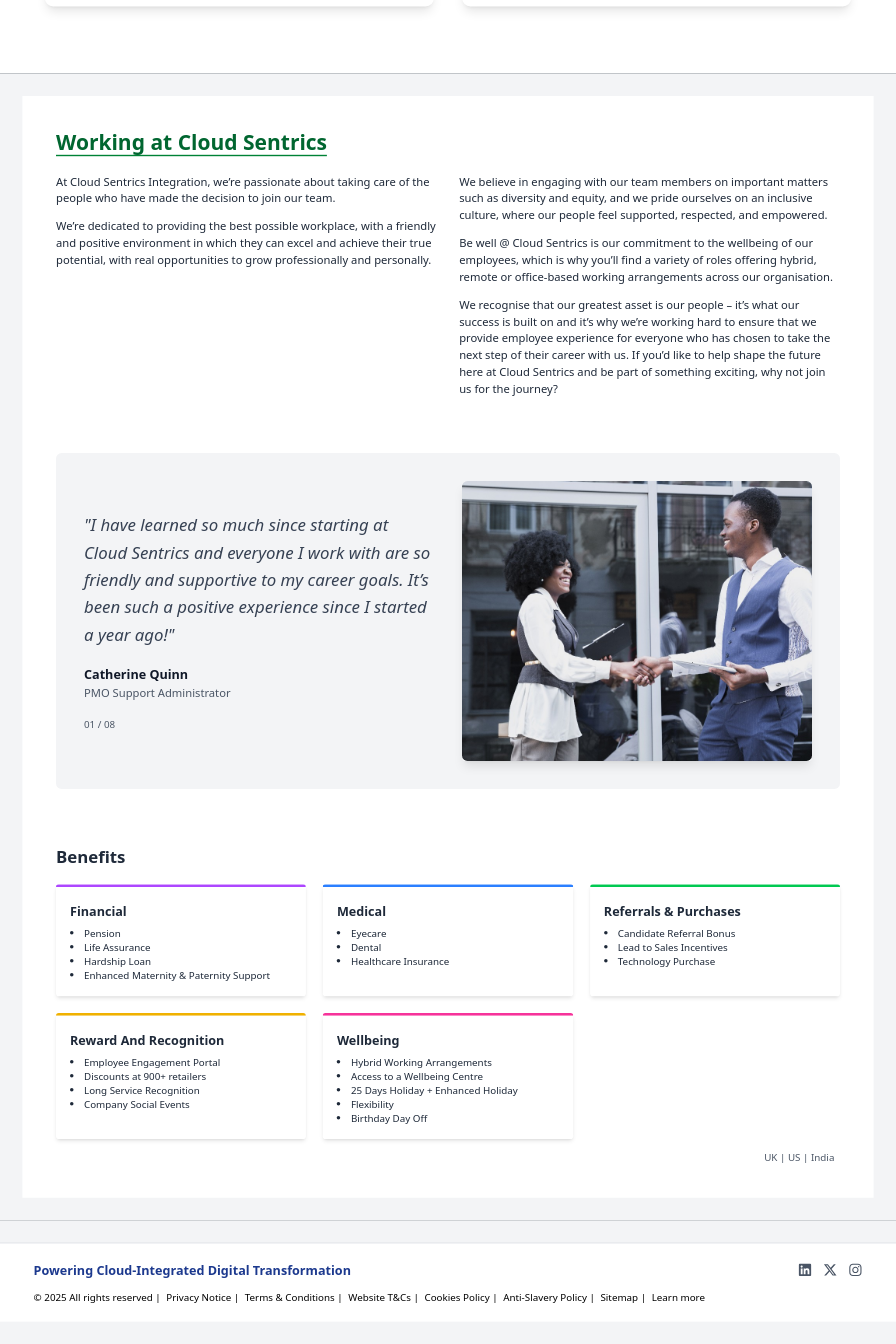
Repository: chykesure/cloudsentrics_
Page: /careers
These files come from the project's save history. The page is drawn as it stood at one moment and after the next save; the edit follows.
The browser window is 1280 px wide. The pictures show the part of the page from y = 903 to 2823 px (the page is 2823 px tall before and 2803 px after), at 70% of full size.
The project was rebuilt for these pictures with package versions that can differ from the ones it lists, and the page was loaded fresh each time. Also part of the build but not shown: vite.config.js, src/pages/Header.jsx, src/pages/Footer.jsx, src/pages/students/Reviews.jsx, src/pages/students/Testimony.jsx, src/pages/students/TestimonyLanding.jsx, src/pages/LandingPage.jsx, src/pages/students/Header.jsx and 38 more.

Above is the page before, as saved 2025-04-09 10:52:38.

### src/index.css
@import "tailwindcss";

@keyframes zoomInOut {
    0% {
        transform: scale(1);
    }
    100% {
        transform: scale(1.1);
    }
}

.zoom-animation {
    animation: zoomInOut 5s infinite alternate ease-in-out;

}

### src/App.jsx
import { BrowserRouter as Router, Routes, Route } from "react-router-dom";
import LandingPage from "./pages/LandingPage";
import StudentPage from "./pages/students/StudentPage";
import AboutUs from "./pages/students/AboutUs/AboutUs";
import "./App.css";
import AWS from "./pages/students/courses/AWS";
import DevSecOps from "./pages/students/courses/DevSecOps";
import AZURE from "./pages/students/courses/AZURE";
import Blogs from "./pages/students/blogs/Blogs";
import EventsPage from "./pages/students/events/EventsPage";
import FloatsButtons from "./pages/FloatsButtons";
import PartnerPage from "./pages/partners/home/PartnerPage";
import Ai from "./pages/partners/menu/ai";
import CloudSecurity from "./pages/partners/menu/cloudsecurity";
import IOT from "./pages/partners/menu/iot";
import Technology from "./pages/partners/menu/technology";
import Workplace from "./pages/partners/menu/workplace";
import InsightMenu from "./pages/partners/main_menu/insight";
import NewsPage from "./pages/partners/main_menu/news";
import CaseStudy from "./pages/partners/main_menu/casestudy";
import AboutCloud from "./pages/partners/main_menu/aboutus";
import Careers from "./pages/partners/main_menu/careers";

function App() {
  return (
    <Router>
      <div className="flex flex-col min-h-screen">
        {/* Floating Buttons will always be visible */}
        <FloatsButtons />

        <div className="flex-grow pt-20"> {/* Adjust padding-top based on header height */}
          <Routes>

            {/* Student Section */}
            <Route path="/" element={<LandingPage />} />
            <Route path="/StudentPage" element={<StudentPage />} />
            <Route path="/about" element={<AboutUs />} />
            <Route path="/courses/AWS" element={<AWS />} />
            <Route path="/courses/Azure" element={<AZURE />} />
            <Route path="/courses/DevSecOps" element={<DevSecOps />} />
            <Route path="/blog" element={<Blogs />} />
            <Route path="/events" element={<EventsPage />} />

            {/* The Partner Section */}
            <Route path="/PartnerPage" element={<PartnerPage />} />
            <Route path="/ai" element={<Ai />} />
            <Route path="/cloud-security" element={<CloudSecurity />} />
            <Route path="/iot" element={<IOT />} />
            <Route path="/technology" element={<Technology />} />
            <Route path="/modern-workplace" element={<Workplace />} />
            <Route path="/insights" element={<InsightMenu />} />
            <Route path="/news" element={<NewsPage />} />
            <Route path="/case-studies" element={<CaseStudy />} />
            <Route path="/about-cloudsentrics" element={<AboutCloud />} />
            <Route path="/careers" element={<Careers />} />
          </Routes>
        </div>
      </div>
    </Router>
  );
}

export default App;

### src/pages/FloatsButtons.jsx
import { FaWhatsapp, FaArrowUp } from "react-icons/fa";
import { motion } from "framer-motion";

const FloatsButtons = () => {
    const scrollToTop = () => {
        window.scrollTo({ top: 0, behavior: "smooth" });
    };

    return (
        <>
            {/* Floating WhatsApp Button (Left) */}
            <motion.a
                href="https://wa.me/message/62QVNSESZ56FC1"
                target="_blank"
                rel="noopener noreferrer"
                className="fixed bottom-6 left-6 bg-green-500 text-white p-4 rounded-full shadow-lg flex items-center justify-center z-50"
                title="Chat with us on WhatsApp"
                animate={{ y: [0, -10, 0] }}
                transition={{ duration: 1.5, repeat: Infinity, repeatType: "reverse", ease: "easeInOut" }}
                whileHover={{ scale: 1.2 }}
            >
                <FaWhatsapp size={28} />
            </motion.a>

            {/* Floating Back to Top Button (Right) */}
            <motion.button
                onClick={scrollToTop}
                className="fixed bottom-6 right-6 bg-[#1e4272] text-white p-4 rounded-full shadow-lg flex items-center justify-center z-50"
                title="Back to Top"
                animate={{ y: [0, -10, 0] }}
                transition={{ duration: 1.5, repeat: Infinity, repeatType: "reverse", ease: "easeInOut" }}
                whileHover={{ scale: 1.2 }}
            >
                <FaArrowUp size={28} />
            </motion.button>
        </>
    );
};

export default FloatsButtons;

### src/pages/partners/Header.jsx
import { useState, useEffect } from "react";
import { FaSearch, FaPhone, FaBars, FaTimes } from "react-icons/fa";
import { Link } from "react-router-dom";
import { motion } from "framer-motion";

const Header = () => {
  const [menuOpen, setMenuOpen] = useState(false);
  const [expiry, setExpiry] = useState({ days: 203, hours: 2, minutes: 43, seconds: 8 });

  useEffect(() => {
    const timer = setInterval(() => {
      setExpiry((prev) => {
        let { days, hours, minutes, seconds } = prev;
        if (seconds > 0) {
          seconds -= 1;
        } else {
          seconds = 59;
          if (minutes > 0) {
            minutes -= 1;
          } else {
            minutes = 59;
            if (hours > 0) {
              hours -= 1;
            } else {
              hours = 23;
              if (days > 0) days -= 1;
            }
          }
        }
        return { days, hours, minutes, seconds };
      });
    }, 1000);

    return () => clearInterval(timer);
  }, []);

  return (
    <header className="bg-[#1e4272] text-white flex items-center justify-between px-6 py-4 fixed top-0 left-0 w-full z-50 shadow-md">
      {/* Windows 10 Expiry Countdown */}
      <div className="flex items-center gap-3 text-sm">
        {/* Countdown content here if needed */}
      </div>

      {/* Updated Desktop Navigation with Framer Motion and React Router */}
      <motion.div
        className="hidden lg:flex flex-grow justify-center items-center space-x-6 lg:space-x-10 text-lg lg:text-xl font-semibold tracking-wide h-full"
        initial={{ opacity: 0, y: -10 }}
        animate={{ opacity: 1, y: 0 }}
        transition={{ duration: 0.6, ease: "easeOut" }}
      >
        {[
          { label: "INSIGHTS", path: "/insights" },
          { label: "NEWS", path: "/news" },
          { label: "CASE STUDIES", path: "/case-studies" },
          { label: "ABOUT CLOUD-SENTRICS", path: "/about-cloudsentrics" },
          { label: "CAREERS", path: "/careers" },
          { label: "CONTACT", path: "/contact" },
        ].map((item, index) => (
          <Link key={index} to={item.path}>
            <motion.span
              className="relative cursor-pointer transition-all duration-300 group hover:text-blue-400 whitespace-nowrap"
              whileHover={{ scale: 1.1 }}
            >
              {item.label}
              <span className="absolute left-0 bottom-0 w-0 h-[3px] bg-white transition-all duration-300 group-hover:w-full"></span>
            </motion.span>
          </Link>
        ))}
      </motion.div>

      {/* Contact and Search */}
      <div className="hidden lg:flex items-center gap-4">
        <a
          href="tel:+442392825925"
          className="flex items-center gap-1 text-sm font-semibold transition-all duration-300 hover:text-gray-300"
        >
          <FaPhone /> +1 346-399-8985
        </a>
        <button className="text-white transition-all duration-300 hover:text-gray-300">
          <FaSearch />
        </button>
      </div>

      {/* Mobile Menu Button */}
      <button
        className="lg:hidden text-xl transition-transform transform hover:scale-110"
        onClick={() => setMenuOpen(!menuOpen)}
      >
        {menuOpen ? <FaTimes /> : <FaBars />}
      </button>

      {/* Mobile Navigation with Slide-in Effect */}
      <div
        className={`fixed top-14 left-0 w-full bg-[#1e4272] shadow-md p-4 flex flex-col items-center gap-4 text-sm transform transition-transform duration-500 ${
          menuOpen ? "translate-x-0" : "-translate-x-full"
        }`}
      >
        {["Powering Cloud-Integrated Digital Transformation"].map((item, index) => (
          <a key={index} href="#" className="text-3xl font-semibold transition-all duration-300 hover:scale-110">
            {item}
          </a>
        ))}
        <a href="tel:+442392825925" className="flex items-center gap-1 text-sm font-semibold">
          <FaPhone /> +1 346-399-8985
        </a>
        <button className="text-white transition-all duration-300 hover:text-gray-300">
          <FaSearch />
        </button>
      </div>
    </header>
  );
};

export default Header;

### src/pages/partners/home/Footer.jsx
import React from 'react';
import { FaLinkedin, FaXTwitter, FaInstagram } from 'react-icons/fa6';
import { Link } from 'react-router-dom';

function Footer() {
    return (
        <footer className="bg-white text-black py-6 border-t border-gray-300 text-sm w-full">
            <div className="w-full px-6 lg:px-12">
                {/* Main Footer Section */}
                <div className="flex flex-col md:flex-row justify-between items-center text-center md:text-left">
                    <h3 className="font-bold text-lg text-blue-900">Powering Cloud-Integrated Digital Transformation</h3>

                    {/* Social Icons */}
                    <div className="flex space-x-4 mt-4 md:mt-0">
                        <a href="https://www.linkedin.com/posts/cloud-sentrics_cloud-sentrics-linkedin-activity-7291379079860117505-ve54?utm_source=share&utm_medium=member_android" target="_blank" rel="noopener noreferrer" className="text-gray-600 hover:text-black">
                            <FaLinkedin size={20} />
                        </a>
                        <a href="https://x.com/CloudSentrics" target="_blank" rel="noopener noreferrer" className="text-gray-600 hover:text-black">
                            <FaXTwitter size={20} />
                        </a>
                        <a href="https://www.instagram.com/cloudsentrics/" target="_blank" rel="noopener noreferrer" className="text-gray-600 hover:text-black">
                            <FaInstagram size={20} />
                        </a>
                    </div>
                </div>

                {/* Footer Links */}
                <div className="mt-4 text-center md:text-left">
                    <p>© {new Date().getFullYear()} All rights reserved |
                        <Link to="#" className="ml-2 hover:text-blue-600">Privacy Notice</Link> |
                        <Link to="#" className="ml-2 hover:text-blue-600">Terms & Conditions</Link> |
                        <Link to="#" className="ml-2 hover:text-blue-600">Website T&Cs</Link> |
                        <Link to="#" className="ml-2 hover:text-blue-600">Cookies Policy</Link> |
                        <Link to="#" className="ml-2 hover:text-blue-600">Anti-Slavery Policy</Link> |
                        <Link to="#" className="ml-2 hover:text-blue-600">Sitemap</Link> |
                        <Link to="#" className="ml-2 hover:text-blue-600">Learn more</Link>
                    </p>
                </div>
            </div>
        </footer>
    );
}

export default Footer;

### src/pages/partners/main_menu/otherscareer.jsx
import React from "react";
import { motion } from "framer-motion";

// Testimonial image
const testimonialImg = "/assets/comu1.jpg"; // replace with your own

const CareerPage = () => {
    return (
        <div className="bg-white text-gray-800 px-4 md:px-12 py-12 space-y-20">
            {/* Section 1: Working at Cloud Sentrics */}
            <section className="space-y-6">
                <h2 className="text-3xl font-bold text-green-800 border-b-2 border-green-700 w-fit">Working at Cloud Sentrics</h2>
                <div className="grid md:grid-cols-2 gap-8">
                    <div className="space-y-4">
                        <p>
                            At Cloud Sentrics Integration, we’re passionate about taking care of the people who have made the decision to join our team.
                        </p>
                        <p>
                            We’re dedicated to providing the best possible workplace, with a friendly and positive environment in which they can excel and achieve their true potential, with real opportunities to grow professionally and personally.
                        </p>
                    </div>
                    <div className="space-y-4">
                        <p>
                            We believe in engaging with our team members on important matters such as diversity and equity, and we pride ourselves on an inclusive culture, where our people feel supported, respected, and empowered.
                        </p>
                        <p>
                            Be well @ Cloud Sentrics is our commitment to the wellbeing of our employees, which is why you’ll find a variety of roles offering hybrid, remote or office-based working arrangements across our organisation.
                        </p>
                        <p>
                            We recognise that our greatest asset is our people – it’s what our success is built on and it’s why we’re working hard to ensure that we provide employee experience for everyone who has chosen to take the next step of their career with us. If you’d like to help shape the future here at Cloud Sentrics and be part of something exciting, why not join us for the journey?
                        </p>
                    </div>
                </div>
            </section>

            {/* Section 2: Employee Testimonial */}
            <section className="bg-gray-100 rounded-lg p-6 md:p-10 grid grid-cols-1 md:grid-cols-2 gap-10 items-center">
                <motion.div
                    className="space-y-6 h-full flex flex-col justify-center"
                    initial={{ opacity: 0, x: -30 }}
                    whileInView={{ opacity: 1, x: 0 }}
                    transition={{ duration: 0.6 }}
                >
                    <blockquote className="text-xl md:text-2xl italic font-medium text-gray-700 leading-relaxed">
                        "I have learned so much since starting at Cloud Sentrics and everyone I work with are so friendly and supportive to my career goals. It’s been such a positive experience since I started a year ago!"
                    </blockquote>

                    <div>
                        <p className="font-semibold text-base md:text-lg text-gray-900">
                            Catherine Quinn
                        </p>
                        <p className="text-sm md:text-base text-gray-600">PMO Support Administrator</p>
                    </div>

                    <div className="text-sm text-gray-600">01 / 08</div>
                </motion.div>

                <motion.div
                    className="w-full h-80 md:h-[400px] rounded overflow-hidden shadow-lg"
                    initial={{ opacity: 0, x: 30 }}
                    whileInView={{ opacity: 1, x: 0 }}
                    transition={{ duration: 0.6 }}
                >
                    <img
                        src={testimonialImg}
                        alt="Catherine Quinn"
                        className="w-full h-full object-cover rounded-lg"
                    />
                </motion.div>
            </section>



            {/* Section 3: Benefits */}
            <section>
                <motion.h3
                    className="text-2xl font-bold mb-6"
                    initial={{ opacity: 0, y: -20 }}
                    whileInView={{ opacity: 1, y: 0 }}
                    transition={{ duration: 0.5 }}
                >
                    Benefits
                </motion.h3>

                <div className="grid grid-cols-1 sm:grid-cols-2 lg:grid-cols-3 gap-6 text-sm text-gray-800">
                    {/* Each motion box */}
                    <motion.div
                        className="bg-white shadow-md p-5 rounded space-y-2 border-t-4 border-purple-500"
                        initial={{ opacity: 0, y: 20 }}
                        whileInView={{ opacity: 1, y: 0 }}
                        transition={{ duration: 0.4 }}
                    >
                        <h4 className="font-semibold text-lg">Financial</h4>
                        <ul className="list-disc list-inside">
                            <li>Pension</li>
                            <li>Life Assurance</li>
                            <li>Hardship Loan</li>
                            <li>Enhanced Maternity & Paternity Support</li>
                        </ul>
                    </motion.div>

                    <motion.div
                        className="bg-white shadow-md p-5 rounded space-y-2 border-t-4 border-blue-500"
                        initial={{ opacity: 0, y: 20 }}
                        whileInView={{ opacity: 1, y: 0 }}
                        transition={{ duration: 0.45 }}
                    >
                        <h4 className="font-semibold text-lg">Medical</h4>
                        <ul className="list-disc list-inside">
                            <li>Eyecare</li>
                            <li>Dental</li>
                            <li>Healthcare Insurance</li>
                        </ul>
                    </motion.div>

                    <motion.div
                        className="bg-white shadow-md p-5 rounded space-y-2 border-t-4 border-green-500"
                        initial={{ opacity: 0, y: 20 }}
                        whileInView={{ opacity: 1, y: 0 }}
                        transition={{ duration: 0.5 }}
                    >
                        <h4 className="font-semibold text-lg">Referrals & Purchases</h4>
                        <ul className="list-disc list-inside">
                            <li>Candidate Referral Bonus</li>
                            <li>Lead to Sales Incentives</li>
                            <li>Technology Purchase</li>
                        </ul>
                    </motion.div>

                    <motion.div
                        className="bg-white shadow-md p-5 rounded space-y-2 border-t-4 border-yellow-500"
                        initial={{ opacity: 0, y: 20 }}
                        whileInView={{ opacity: 1, y: 0 }}
                        transition={{ duration: 0.55 }}
                    >
                        <h4 className="font-semibold text-lg">Reward And Recognition</h4>
                        <ul className="list-disc list-inside">
                            <li>Employee Engagement Portal</li>
                            <li>Discounts at 900+ retailers</li>
                            <li>Long Service Recognition</li>
                            <li>Company Social Events</li>
                        </ul>
                    </motion.div>

                    <motion.div
                        className="bg-white shadow-md p-5 rounded space-y-2 border-t-4 border-pink-500"
                        initial={{ opacity: 0, y: 20 }}
                        whileInView={{ opacity: 1, y: 0 }}
                        transition={{ duration: 0.6 }}
                    >
                        <h4 className="font-semibold text-lg">Wellbeing</h4>
                        <ul className="list-disc list-inside">
                            <li>Hybrid Working Arrangements</li>
                            <li>Access to a Wellbeing Centre</li>
                            <li>25 Days Holiday + Enhanced Holiday</li>
                            <li>Flexibility</li>
                            <li>Birthday Day Off</li>
                        </ul>
                    </motion.div>
                </div>

                {/* Location links */}
                <motion.div
                    className="mt-4 text-sm text-gray-600 text-right"
                    initial={{ opacity: 0 }}
                    whileInView={{ opacity: 1 }}
                    transition={{ duration: 0.5, delay: 0.3 }}
                >
                    <span className="mr-2">UK | US | India</span>
                </motion.div>
            </section>
        </div>
    );
};

export default CareerPage;

Loaded but not shown: index.html (common file); src/main.jsx (common file); src/pages/students/AboutUs/AboutUs.jsx (399 lines, source omitted); src/pages/partners/main_menu/careers.jsx (149 lines, source omitted)

After the next save:
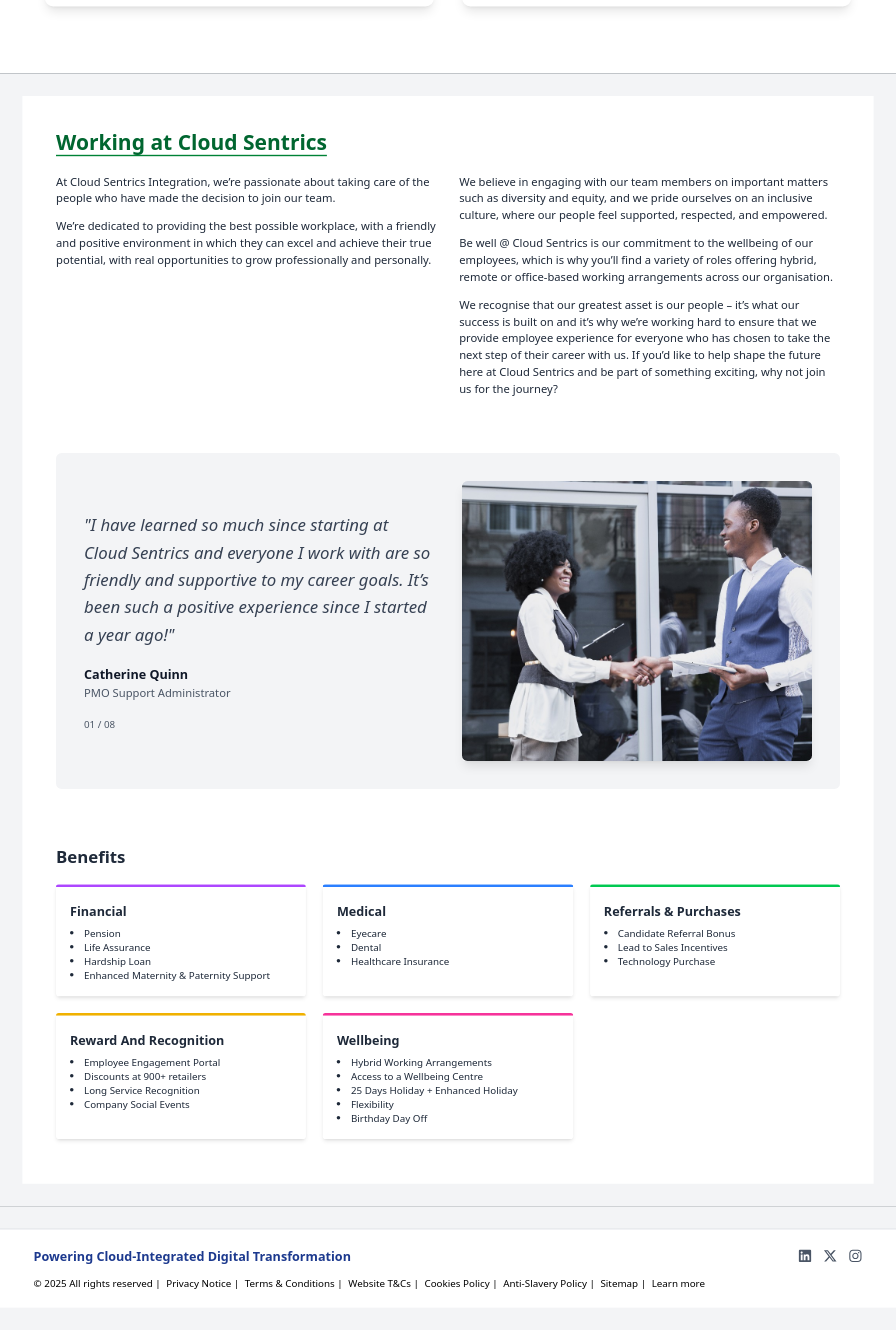
Saved 33 s later.
--- a/src/pages/partners/main_menu/otherscareer.jsx
+++ b/src/pages/partners/main_menu/otherscareer.jsx
@@ -166,7 +166,7 @@
                     whileInView={{ opacity: 1 }}
                     transition={{ duration: 0.5, delay: 0.3 }}
                 >
-                    <span className="mr-2">UK | US | India</span>
+
                 </motion.div>
             </section>
         </div>
